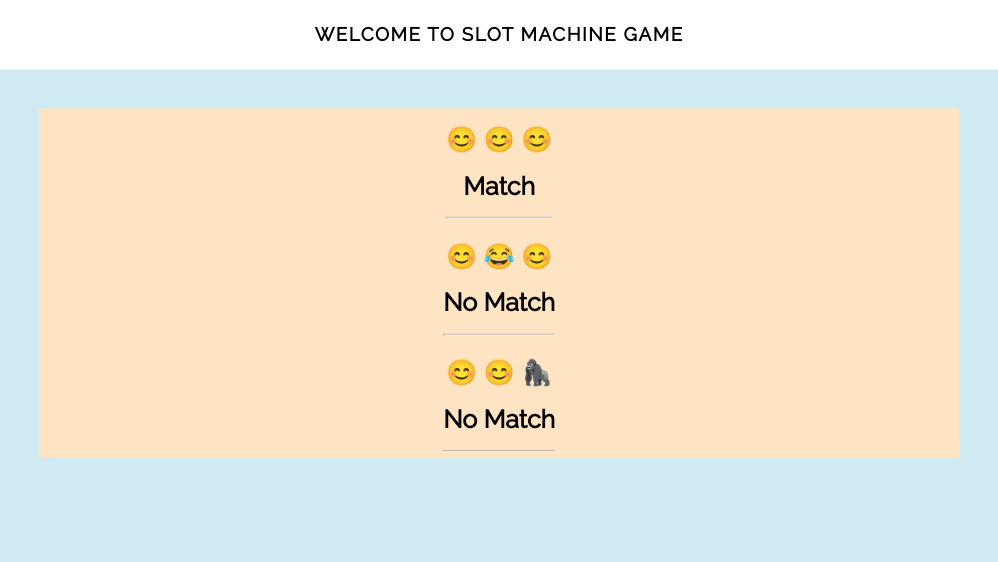
Repository: duggallakshya/slotMachineReact
Page: /
An editor plug-in stored every save of this project. The page is shown before and after a run of saves, followed by the edit.
The browser window is 1280 px wide. The pictures show the whole page, at 78% of full size.
The project was rebuilt for these pictures with package versions that can differ from the ones it lists, and the page was loaded fresh each time.

Above is the page before, as saved 2022-03-23 00:37:33.

### src/index.js
import React from 'react';
import ReactDOM from 'react-dom';
import './index.css';
import App from './App';

ReactDOM.render(
  <App />,
  document.getElementById('root')
)

### src/index.css
@import url('https://fonts.googleapis.com/css2?family=Raleway&display=swap');
body{
  background-color: rgb(207, 235, 241);
  margin: 0;
  padding: 0;

}

.heading-style{
  padding: 30px 0;
  margin-top: 0px;
  text-align: center;
  font-family:'Raleway', sans-serif;
  text-transform: uppercase;
  font-size: 13px;
  letter-spacing: 2px;
  font-weight: 500;
  background-color: #fff;
  font-size: 1.5rem;
  margin-bottom: 30px;
  font-weight: bold;
}

.slot-inner{
  text-align: center;
  font-family: 'Raleway', sans-serif ;
}
.main-div{
  display: flex;
  flex-direction: column;
  height: auto;
  justify-content: center;
  align-items: center;
  background-color: bisque;
  /* padding: 0px 30px;*/
  margin: 50px;
  position: relative;

}

### src/App.jsx
import React from 'react';
import SlotMachine from './SlotMachine';

const App = () => {
    return(
        <>
            <h1 className="heading-style"> Welcome to Slot machine game </h1>
            <div className="main-div">
                <SlotMachine x ='😊' y ='😊' z ='😊'/>
                <SlotMachine x ='😊' y ='😂' z ='😊'/>
                <SlotMachine x ='😊' y ='😊' z ='🦍'/>
            </div>
        </>
    )
}

export default App;

### src/SlotMachine.jsx
import React from 'react';

const SlotMachine = (props) => {
    if(props.x===props.y && props.y==props.z){
        return (
            <>
                <div className="slot-inner">

                    <h1> {props.x} {props.y} {props.z} </h1>
                    <h1> Match </h1>
                    <hr/>

                </div>
            </>
        )
    }
    else{
        return (
            <>
                <div className="slot-inner">

                    <h1> {props.x} {props.y} {props.z} </h1>
                    <h1> No Match </h1>
                    <hr/>

                </div>
            </>
        )
    }
}

export default SlotMachine;

Loaded but not shown: public/index.html (common file)

After the next 2 saves:
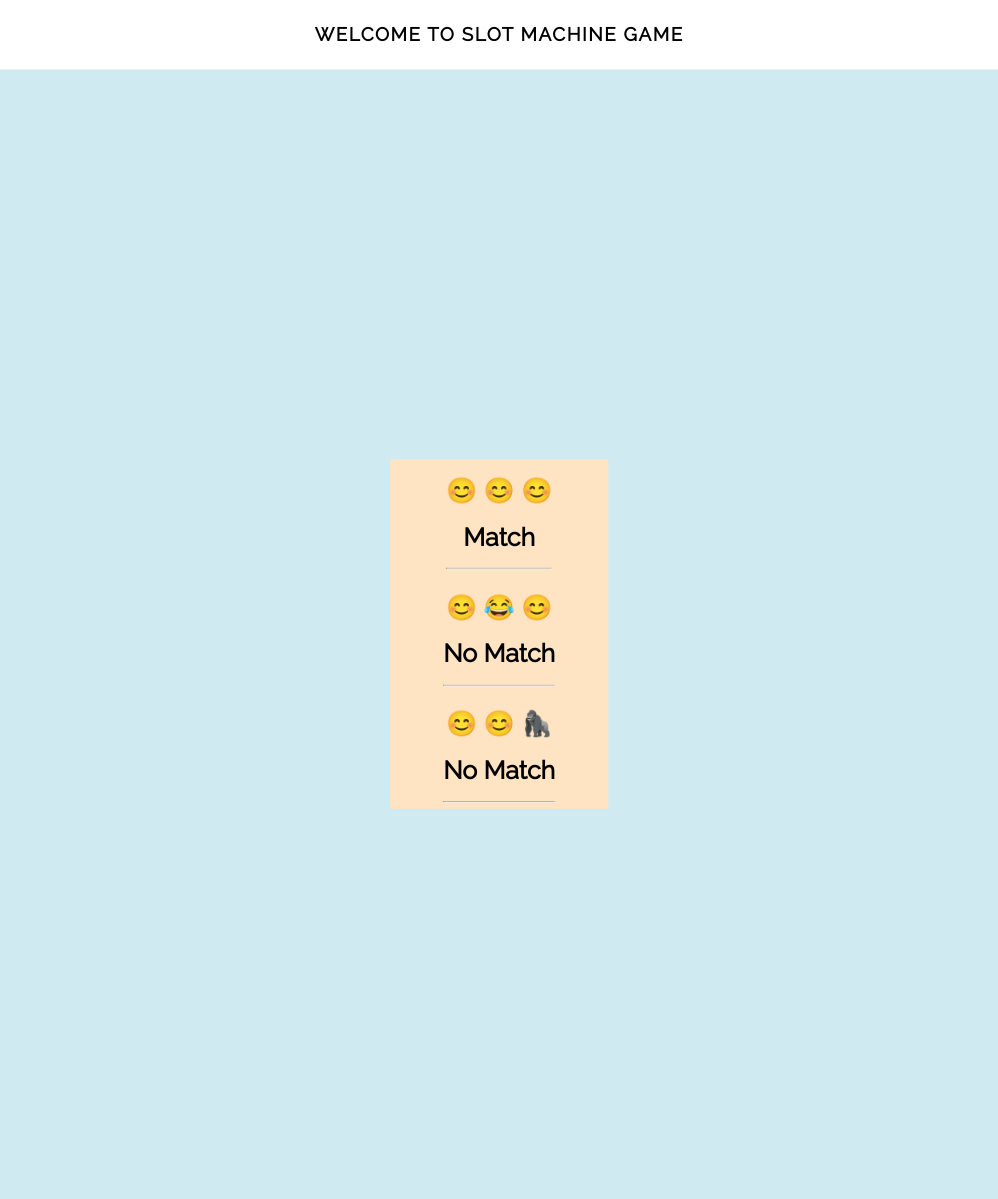
The 2 saves are shown as one change because they came seconds apart.
The last was saved 9 s later.
--- a/src/index.css
+++ b/src/index.css
@@ -33,7 +33,7 @@ body{
   align-items: center;
   background-color: bisque;
   /* padding: 0px 30px;*/
-  margin: 50px;
+  margin: 500px;
   position: relative;
 
 }
